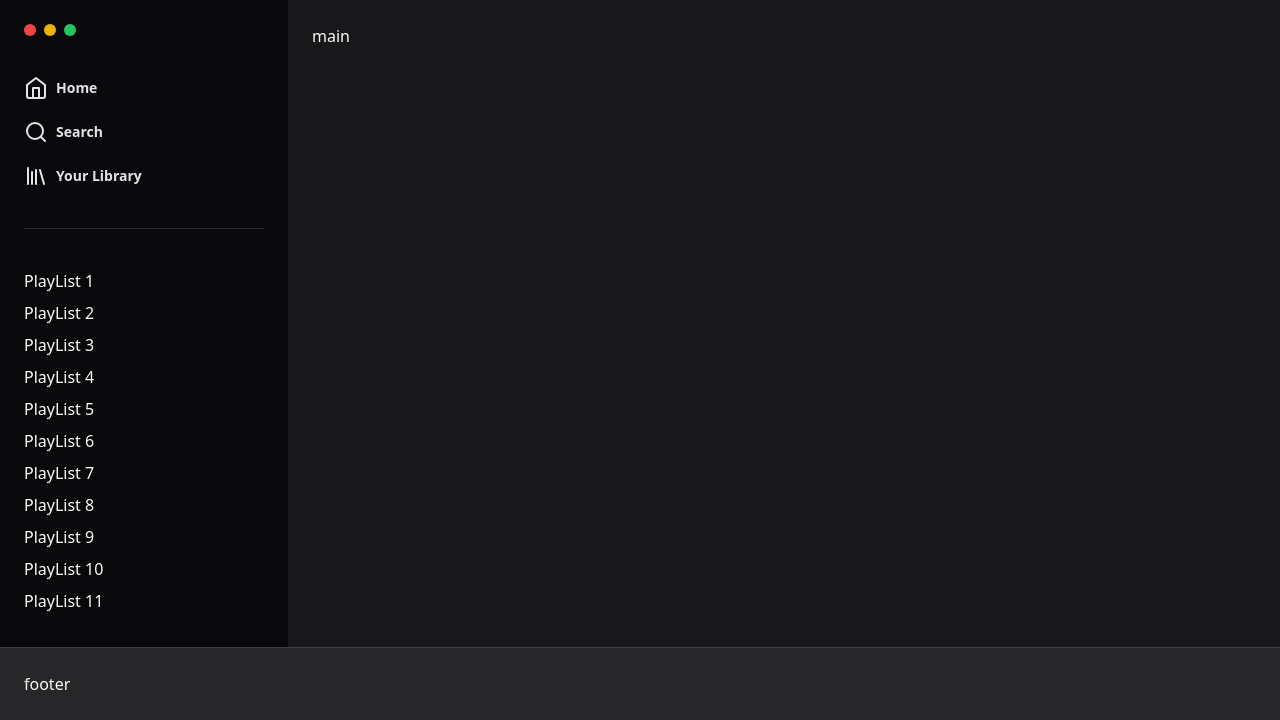
Repository: guilhermecardoso93/tailwind-spotify
Page: /
The author's editor kept a copy of each file at every save. The page is drawn from the files as they stood at one save, then again after the next save.
The browser window is 1280 px wide. The pictures show the whole page.
The project was rebuilt for these pictures with package versions that can differ from the ones it lists, and the page was loaded fresh each time. The framework's server and built-in components were replaced by stand-ins that run in the browser. Also part of the build but not shown: next.config.js.

Above is the page before, as saved 2023-04-15 20:07:14.

After the next save:
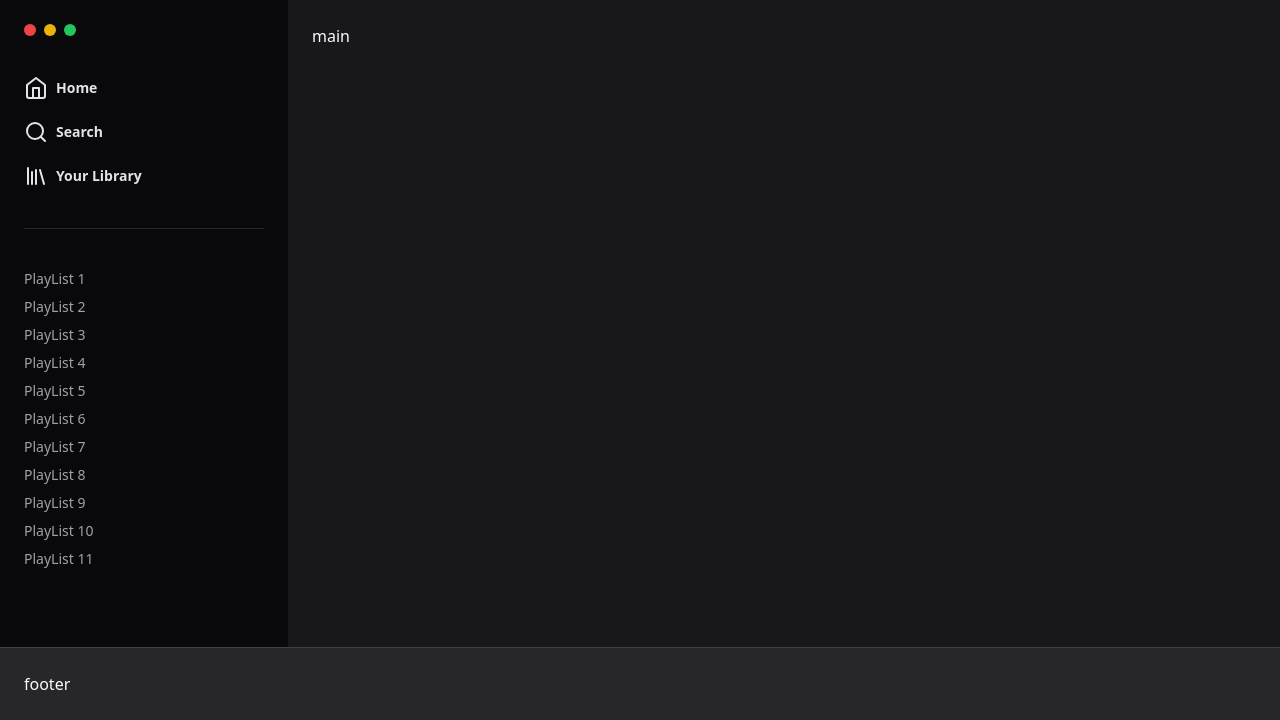
Saved 53 s later.
--- a/src/app/page.tsx
+++ b/src/app/page.tsx
@@ -33,17 +33,17 @@
           </nav>
 
           <nav className="mt-10 pt-10 border-t border-zinc-800 flex flex-col gap-2">
-            <a href="">PlayList 1</a>
-            <a href="">PlayList 2</a>
-            <a href="">PlayList 3</a>
-            <a href="">PlayList 4</a>
-            <a href="">PlayList 5</a>
-            <a href="">PlayList 6</a>
-            <a href="">PlayList 7</a>
-            <a href="">PlayList 8</a>
-            <a href="">PlayList 9</a>
-            <a href="">PlayList 10</a>
-            <a href="">PlayList 11</a>
+            <a href="" className='text-sm text-zinc-400'>PlayList 1</a>
+            <a href="" className='text-sm text-zinc-400'>PlayList 2</a>
+            <a href="" className='text-sm text-zinc-400'>PlayList 3</a>
+            <a href="" className='text-sm text-zinc-400'>PlayList 4</a>
+            <a href="" className='text-sm text-zinc-400'>PlayList 5</a>
+            <a href="" className='text-sm text-zinc-400'>PlayList 6</a>
+            <a href="" className='text-sm text-zinc-400'>PlayList 7</a>
+            <a href="" className='text-sm text-zinc-400'>PlayList 8</a>
+            <a href="" className='text-sm text-zinc-400'>PlayList 9</a>
+            <a href="" className='text-sm text-zinc-400'>PlayList 10</a>
+            <a href="" className='text-sm text-zinc-400'>PlayList 11</a>
           </nav>
         </aside>
         <main className="flex-1 p-6">main</main>
